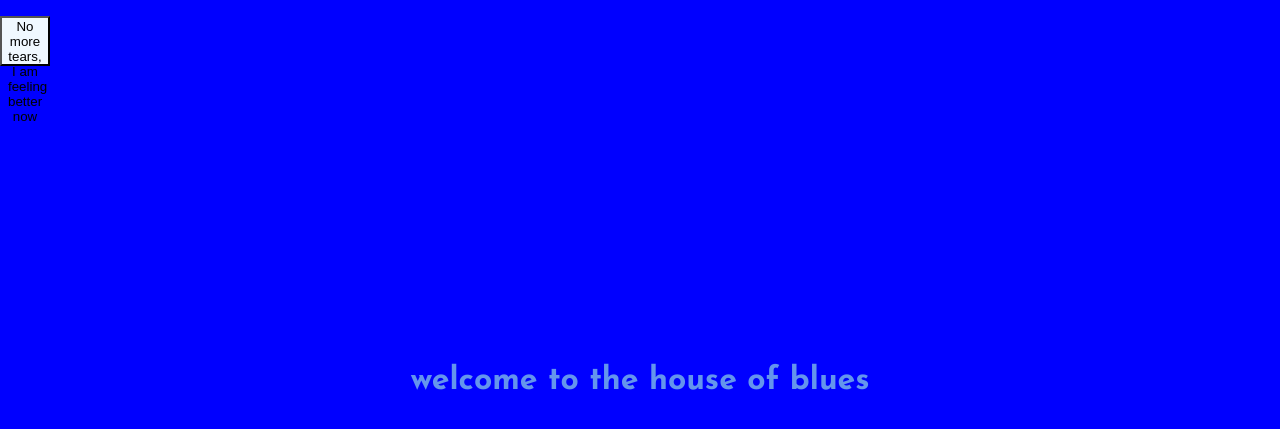
Repository: olivia-clarkeedwards/house-of-blues
Page: index.html
The author's editor kept a copy of each file at every save. The page is drawn from the files as they stood at one save, then again after the next save.
The browser window is 1280 px wide. The pictures show the whole page.

Above is the page before, as saved 2023-02-16 12:38:14.

After the next save:
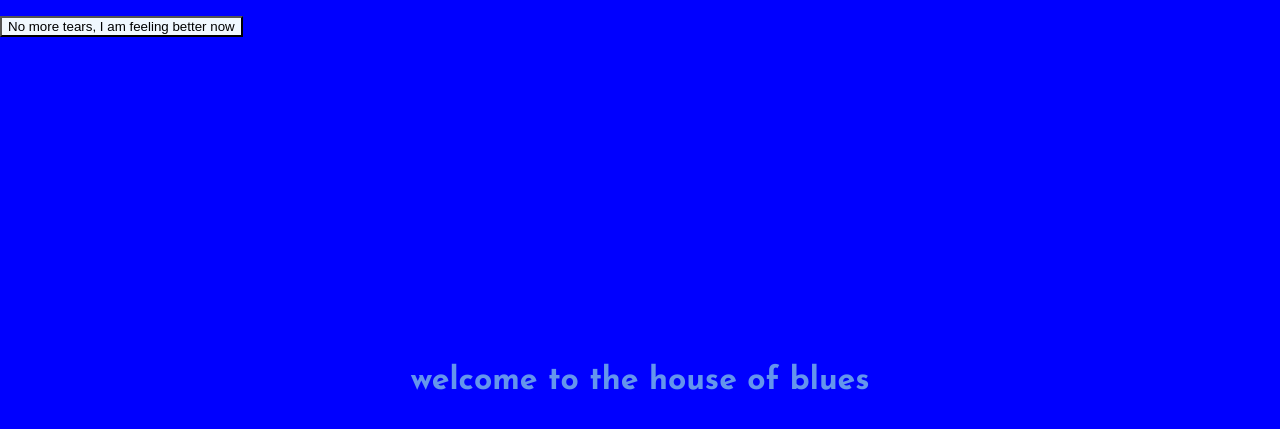
Saved 26 s later.
--- a/main.css
+++ b/main.css
@@ -25,8 +25,7 @@
 }
 
 button{
-  width: 50px;
-  height: 50px;
+
   background-color: aliceblue;
 }
 
